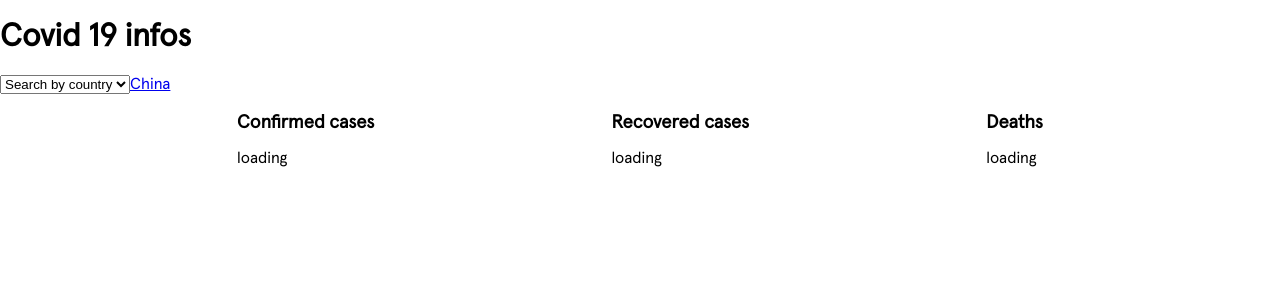
Repository: Babarindeolanrewaju2/react_covid_19
Page: /
These files come from the project's save history. The page is drawn as it stood at one moment and after the next save; the edit follows.
The browser window is 1280 px wide. The pictures show the whole page.
The page's requests for data from a server got no answer. The project was rebuilt for these pictures with package versions that can differ from the ones it lists, and the page was loaded fresh each time. A package was used in the major version that the imports need, not the one package.json lists. No one was signed in, and anything a server would have sent is missing. Also part of the build but not shown: src/components/CountryDisplay.js.

Above is the page before, as saved 2020-04-01 04:50:18.

### src/App.js
import React, { Component } from "react";
import { HashRouter as Router, Switch, Route } from "react-router-dom";
import Axios from "axios";
import ConfirmedDisplay from "./components/ConfirmedDisplay";
import RecoveredDisplay from "./components/RecoveredDisplay";
import DeathsDisplay from "./components/DeathsDisplay";
import CountrySearch from "./components/CountrySearch";
import CountryDisplay from "./components/CountryDisplay";
import './App.css';

export default class App extends Component {
  constructor(props) {
    super(props);

    this.state = {
      confirmed: "loading",
      recovered: "loading",
      deaths: "loading",
      countries: []
    };

  }

  componentDidMount() {
    this.getData();
  }

  async getData() {
    const Worldwide = await Axios.get("https://covid19.mathdro.id/api");
    const countriesRes = await Axios.get(
      "https://covid19.mathdro.id/api/countries"
    );

    console.log(countriesRes);

    const countries = Object.entries(countriesRes.data.countries).map(([country, code]) => (
      code.name
    ))

    console.log(countries);

    this.setState({
      confirmed: Worldwide.data.confirmed.value,
      recovered: Worldwide.data.recovered.value,
      deaths: Worldwide.data.deaths.value,
      countries: countries
    });
  }

  render() {
    return (
      <div className="container">
        <h1>Covid 19 infos</h1>
        <Router basename={process.env.PUBLIC_URL}>
          <Switch>
            <Route exact path="/test">
              <div>test</div>}
            </Route>
            <Route
              exact
              path="/country/:id"
              render={props => <CountryDisplay {...props} />}
            />
            <Route
              exact
              path="/"
              render={props => {
                return (
                  <div>
                    <CountrySearch countries={this.state.countries} />
                    <div className="flex">
                      <ConfirmedDisplay value={this.state.confirmed} />
                      <RecoveredDisplay value={this.state.recovered} />
                      <DeathsDisplay value={this.state.deaths} />
                    </div>
                  </div>
                );
              }}
            />
          </Switch>
        </Router>
      </div>
    );
  }
}

### src/components/ConfirmedDisplay.js
import React, { Component } from "react";

export default class ConfirmedDisplay extends Component {
  render() {
    const { value } = this.props
    return (
      <div>
        <h3>Confirmed cases</h3>
        <span className="value">{value}</span>
      </div>
    );
  }
}

### src/components/RecoveredDisplay.js
import React, { Component } from "react";

export default class RecoveredDisplay extends Component {
    render() {
        const { value } = this.props
        return (
            <div className="box recovered">
                <h3>Recovered cases</h3>
                <span className="value">{value}</span>
            </div>
        );
    }
}

### src/components/DeathsDisplay.js
import React, { Component } from "react";

export default class DeathsDisplay extends Component {
    render() {
        const { value } = this.props
        return (
            <div className="box deaths">
                <h3>Deaths</h3>
                <span className="value">{value}</span>
            </div>
        );
    }
}

### src/components/CountrySearch.js

import React, { Component } from "react";
import { Link, withRouter } from "react-router-dom";

class CountrySearch extends Component {
    constructor(props) {
        super(props);
        this.onSelect = this.onSelect.bind(this);
    }

    onSelect(e) {
        this.props.history.push(`/country/${e.target.value}`);
    }

    renderOptions() {
        let array = this.props.countries.map((country, i) => {
            return <option key={i}>{country}</option>;
        });
        array.unshift(<option key={-1}>Search by country</option>);
        return array;
    }

    render() {
        return (
            <div className="countryList">
                <select onChange={this.onSelect}>{this.renderOptions()}</select>
                <Link to="/country/China/">China</Link>
            </div>
        );
    }
}

export default withRouter(CountrySearch);

### src/App.css
.App {
  text-align: center;
}

.App-logo {
  height: 40vmin;
  pointer-events: none;
}

@media (prefers-reduced-motion: no-preference) {
  .App-logo {
    animation: App-logo-spin infinite 20s linear;
  }
}

.App-header {
  background-color: #282c34;
  min-height: 100vh;
  display: flex;
  flex-direction: column;
  align-items: center;
  justify-content: center;
  font-size: calc(10px + 2vmin);
  color: white;
}

.App-link {
  color: #61dafb;
}

div, h2, h3, p {
  font-family: 'Apercu';
}

.flex {
  display: flex;
  justify-content: space-evenly;
  align-items: center;
  flex-wrap: wrap;
}


@keyframes App-logo-spin {
  from {
    transform: rotate(0deg);
  }
  to {
    transform: rotate(360deg);
  }
}

@font-face {
  font-family: 'Apercu';
  src: local('Apercu'), url(./fonts/Apercu.otf) format('opentype');
}

Loaded but not shown: public/index.html (common file); src/index.js (common file); src/index.css (common file); src/serviceWorker.js (common file)

After the next save:
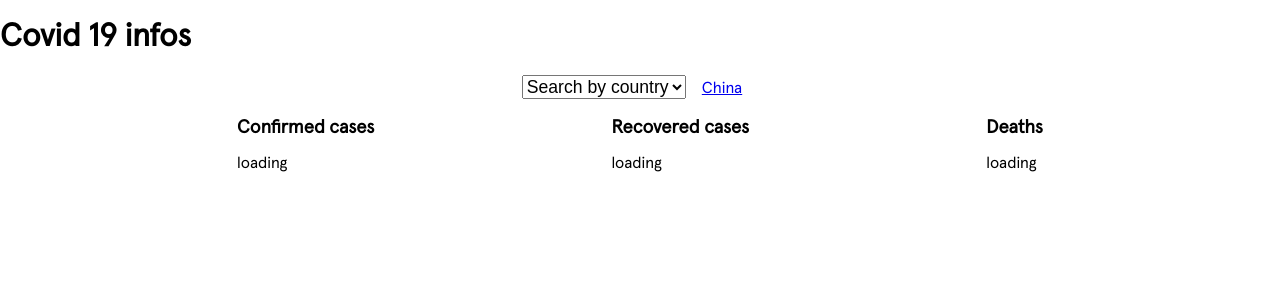
Saved 40 s later.
--- a/src/App.css
+++ b/src/App.css
@@ -39,6 +39,20 @@ div, h2, h3, p {
   flex-wrap: wrap;
 }
 
+.countryList {
+  text-align: center;
+}
+.countryList select {
+  max-width: 90vw;
+  font-size: 1.1rem;
+}
+.countryList option {
+  word-wrap: break-word;
+}
+.countryList a {
+  margin: 1em;
+}
+
 
 @keyframes App-logo-spin {
   from {
